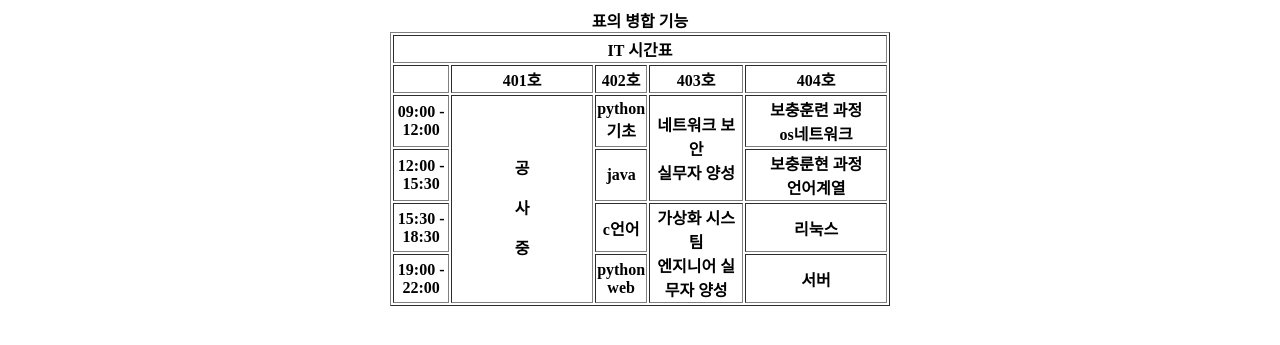
Repository: sika5382/jsp
Page: html/WebContent/NewFile1.html
An editor plug-in stored every save of this project. The page is shown before and after the next save, followed by the edit.
The browser window is 1280 px wide. The pictures show the whole page.

Above is the page before, as saved 2020-10-29 06:18:30.

### html/WebContent/NewFile1.html
<!DOCTYPE html>
<html>
<head>
<meta charset="UTF-8">
<title>Insert title here</title>
</head>
<body>

	<table border = "1" align="center" width ="500">

		<caption><b>표의 병합 기능</b></caption>

		<tr>
			<th colspan = "5"> IT 시간표</th>

		</tr>

		<tr>
			<th width =""></th>
			<th width ="500">401호</th>
			<th>402호</th>
			<th width ="300">403호</th>
			<th width ="300">404호</th>
		</tr>

		<tr>
			<th width ="100">09:00 - 12:00</th>
			<th rowspan="4"><p>공</p><p>사</p>중</th>
			<th>python 기초</th>
			<th rowspan="2">네트워크 보안<br>실무자 양성</th>
			<th width ="500">보충훈련 과정<br>os네트워크</th>
		</tr>

		<tr>
			<th width ="100">12:00 - 15:30</th>
			<th>java</th>
			<th>보충룬현 과정<br>언어계열</th>
		</tr>


		<tr>
			<th width ="100">15:30 - 18:30</th>
			<th>c언어</th>
			<th rowspan="2">가상화 시스팀 <br> 엔지니어 실무자 양성</th>
			<th>리눅스</th>
		</tr>

		<tr>
			<th width ="100">19:00 - 22:00</th>
			<th>python web</th>
			<th>서버</th>
		</tr>


	</table>


</body>
</html>

After the next save:
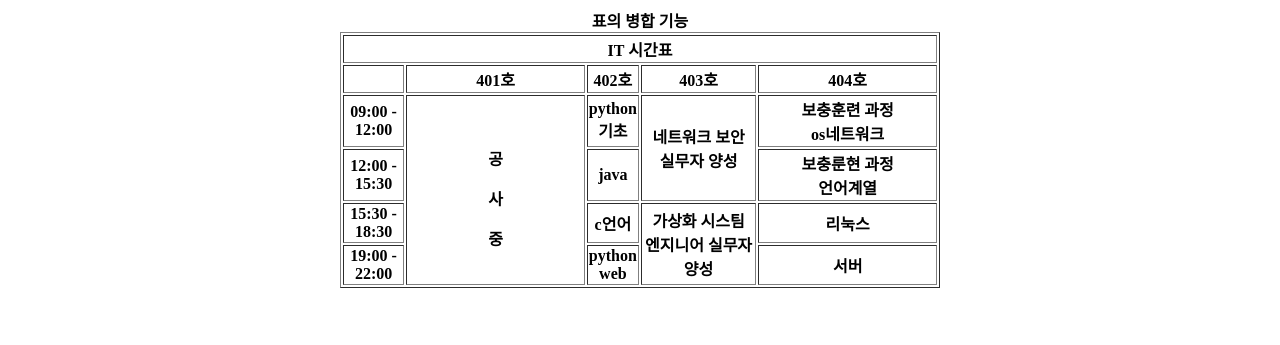
Saved 6 s later.
--- a/html/WebContent/NewFile1.html
+++ b/html/WebContent/NewFile1.html
@@ -6,7 +6,7 @@
 </head>
 <body>
 
-	<table border = "1" align="center" width ="500">
+	<table border = "1" align="center" width ="600">
 
 		<caption><b>표의 병합 기능</b></caption>
 
